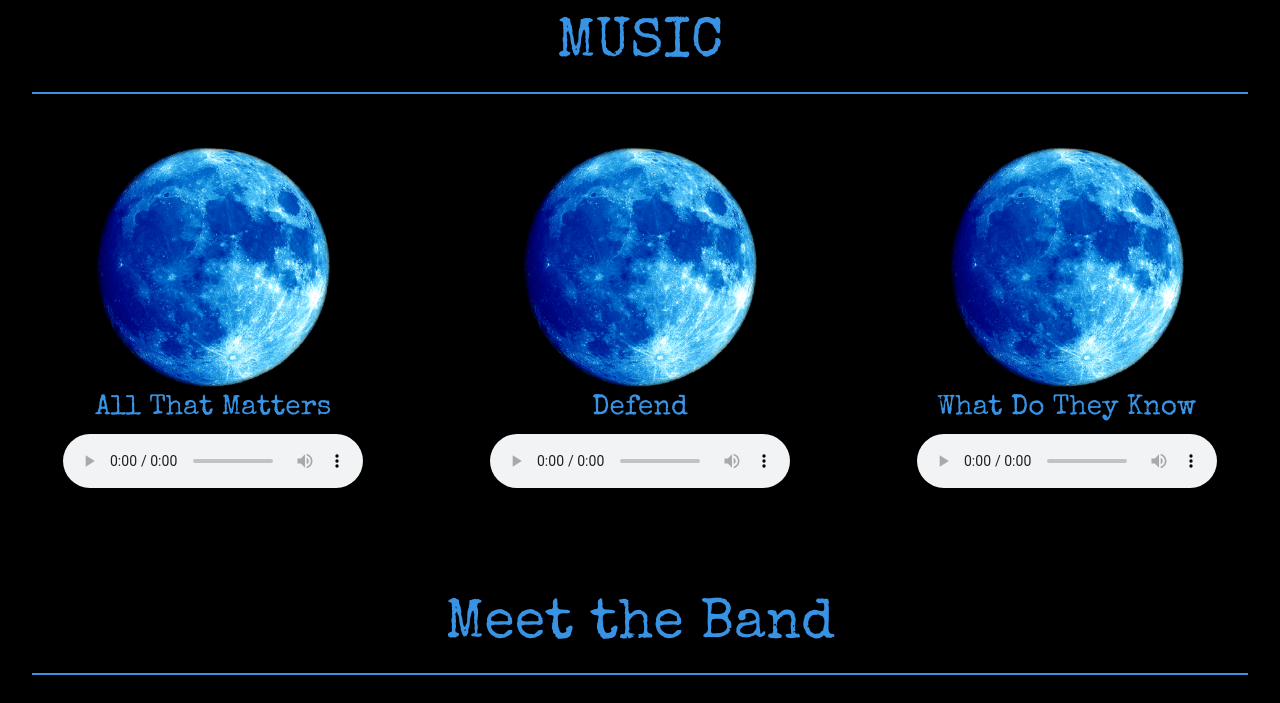
Repository: Skillabill/pale_blue_moon
Page: index.html
The author's editor kept a record of every edit. The page is drawn from the files as they stood at one moment, then again after the next edit.
The browser window is 1280 px wide. The pictures show the part of the page from y = 1053 to 1756 px (the page is 3395 px tall).
A picture or video elsewhere on the page could not be fetched, so the positions and the page height are approximate. Some web fonts or font styles are not loaded; a fallback is used. Some web libraries are served in a nearby version.

Above is the page before.

After the next edit:
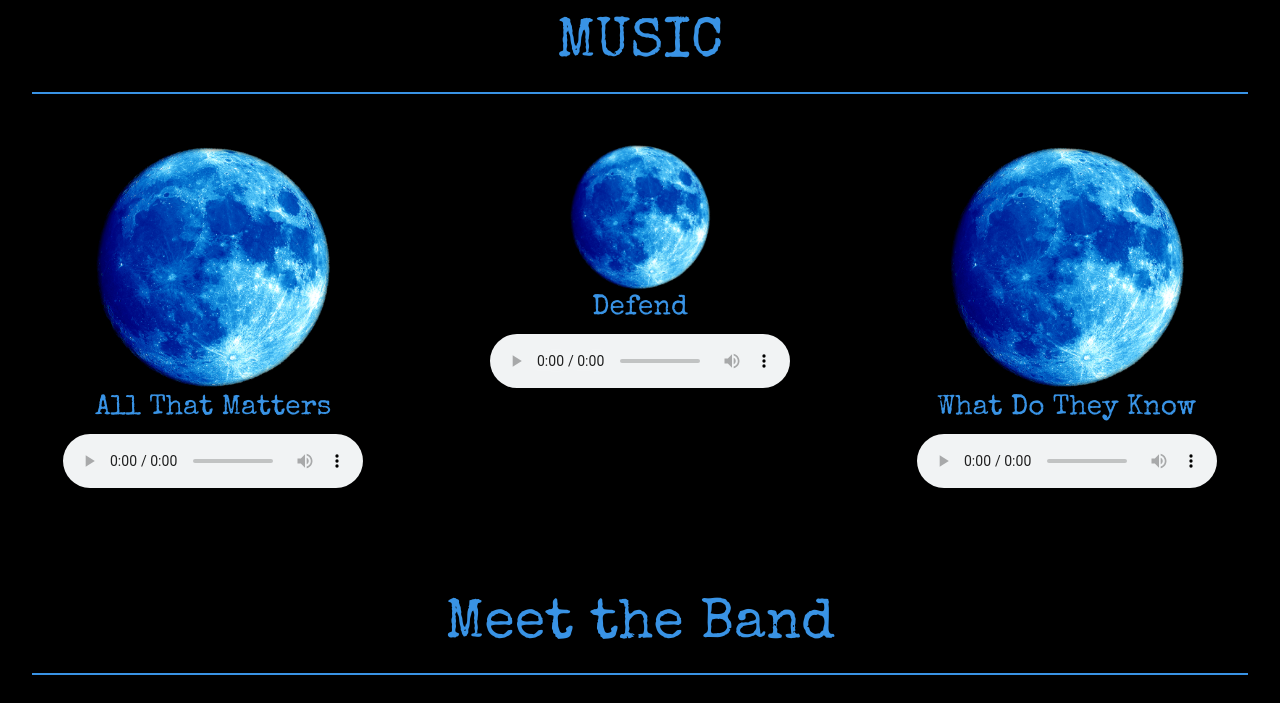
The edit:
--- a/index.html
+++ b/index.html
@@ -83,7 +83,7 @@
 				</audio>
             </div>
             <div class="col-xs-12 col-sm-6 col-md-4">
-                <img src="assets/images/moon.png" height="250px"></img>
+                <img src="assets/images/moon.png" height="150px"></img>
                 <h3>Defend</h3>
                 <audio controls>
 				  <source src="assets/images/ImABeliever.mp3" type="audio/mpeg">
